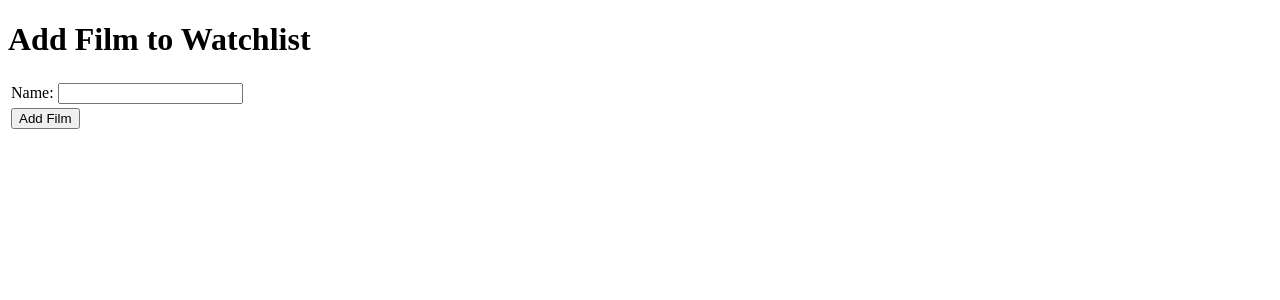
Repository: dannie-su-sjsu/CS157A-team6
Page: ToMovie/src/main/webapp/WEB-INF/html/AddFilm.html
The author's editor kept a copy of each file at every save. The page is drawn from the files as they stood at one save, then again after the next save.
The browser window is 1280 px wide. The pictures show the whole page.

Above is the page before, as saved 2023-07-21 02:48:35.

### ToMovie/src/main/webapp/WEB-INF/html/AddFilm.html
<!DOCTYPE html>
<html>
<head>
<meta charset="UTF-8">
<title>Add Film</title>
</head>
<body>
	<h1>Add Film to Watchlist</h1>
	<form action ="SaveServlet" method="post">
		<table>
			<tr><td>Name:</td><td><input type="text" name="name"/></td></tr>
			<tr><td colspan="2"><input type="submit" value="Add Film"/></td></tr>
		</table>
	</form>
</body>
</html>

After the next save:
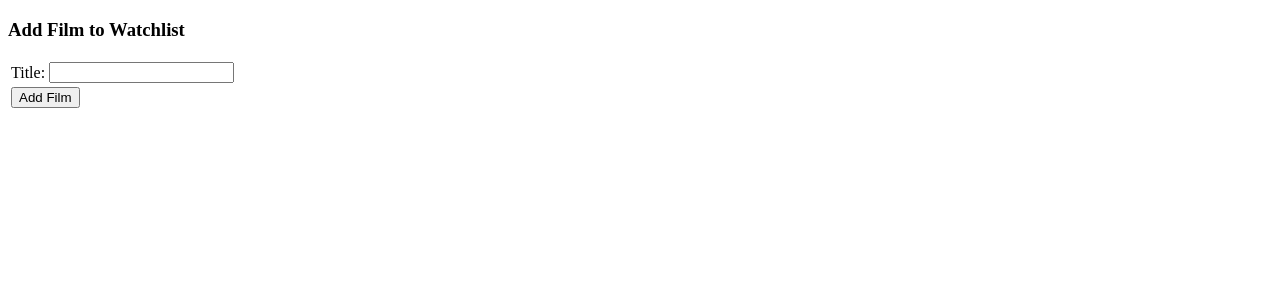
Saved 73 s later.
--- a/ToMovie/src/main/webapp/WEB-INF/html/AddFilm.html
+++ b/ToMovie/src/main/webapp/WEB-INF/html/AddFilm.html
@@ -5,10 +5,10 @@
 <title>Add Film</title>
 </head>
 <body>
-	<h1>Add Film to Watchlist</h1>
+	<h3>Add Film to Watchlist</h3>
 	<form action ="SaveServlet" method="post">
 		<table>
-			<tr><td>Name:</td><td><input type="text" name="name"/></td></tr>
+			<tr><td>Title:</td><td><input type="text" name="name"/></td></tr>
 			<tr><td colspan="2"><input type="submit" value="Add Film"/></td></tr>
 		</table>
 	</form>
